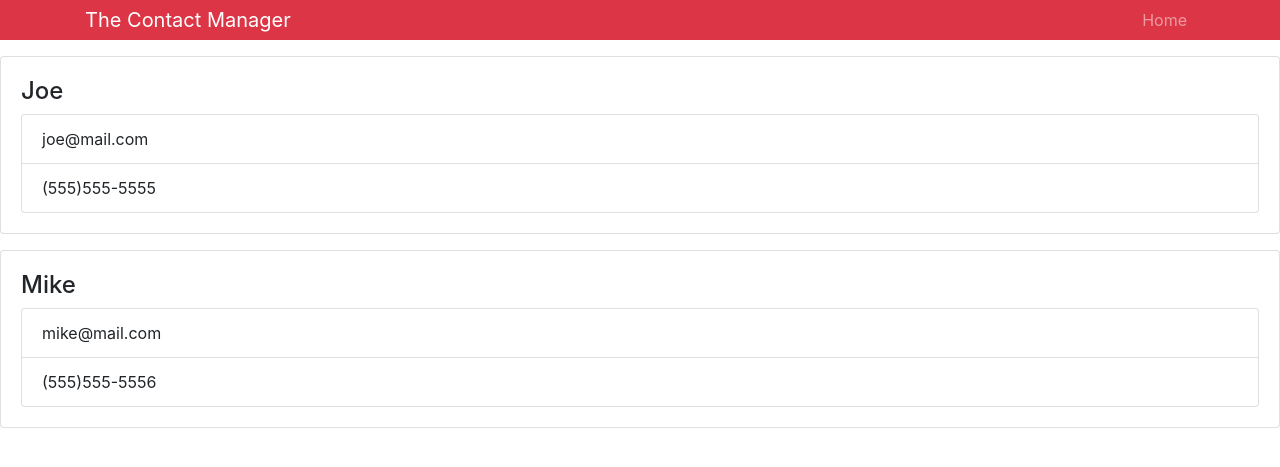
Repository: MikeTroianello/Contact-Manager
Page: /
The author's editor kept a copy of each file at every save. The page is drawn from the files as they stood at one save, then again after the next save.
The browser window is 1280 px wide. The pictures show the whole page.
The project was rebuilt for these pictures with package versions that can differ from the ones it lists, and the page was loaded fresh each time. Also part of the build but not shown: src/App.css.

Above is the page before, as saved 2019-05-19 00:40:41.

### src/App.js
import React from "react";
import Contact from "./components/Contact";
import Header from "./components/Header";

import "bootstrap/dist/css/bootstrap.min.css";
import "./App.css";

function App() {
  return (
    <div className="App">
      <Header branding="The Contact Manager" />
      <Contact name="Joe" email="joe@mail.com" phone="(555)555-5555" />
      <Contact name="Mike" email="mike@mail.com" phone="(555)555-5556" />
    </div>
  );
}

export default App;

### src/components/Contact.js
import React, { Component } from "react";
import PropTypes from "prop-types";

class Contact extends Component {
  render() {
    const { name, email, phone } = this.props;
    return (
      <div className="card card-body mb-3">
        <h4>{name}</h4>
        <ul className="list-group">
          <li className="list-group-item">{email}</li>
          <li className="list-group-item">{phone}</li>
        </ul>
      </div>
    );
  }
}

Contact.propTypes = {
  name: PropTypes.string.isRequired,
  email: PropTypes.string.isRequired,
  phone: PropTypes.string.isRequired
};

export default Contact;

### src/components/Header.js
import React from "react";
import PropTypes from "prop-types";

const Header = props => {
  const { branding } = props;
  return (
    <nav className="navbar navbar-expand-sm navbar-dark bg-danger mb-3 py-0">
      <div className="container">
        <a href="/" className="navbar-brand">
          {branding}
        </a>
        <div>
          <ul className="navbar-nav mr-auto">
            <a href="/" className="nav-link">
              Home
            </a>
          </ul>
        </div>
      </div>
    </nav>
  );
};

Header.defaultProps = {
  branding: "My App"
};

Header.propTypes = {
  branding: PropTypes.string.isRequired
};

export default Header;

Loaded but not shown: src/index.js (common file); src/serviceWorker.js (common file)

After the next save:
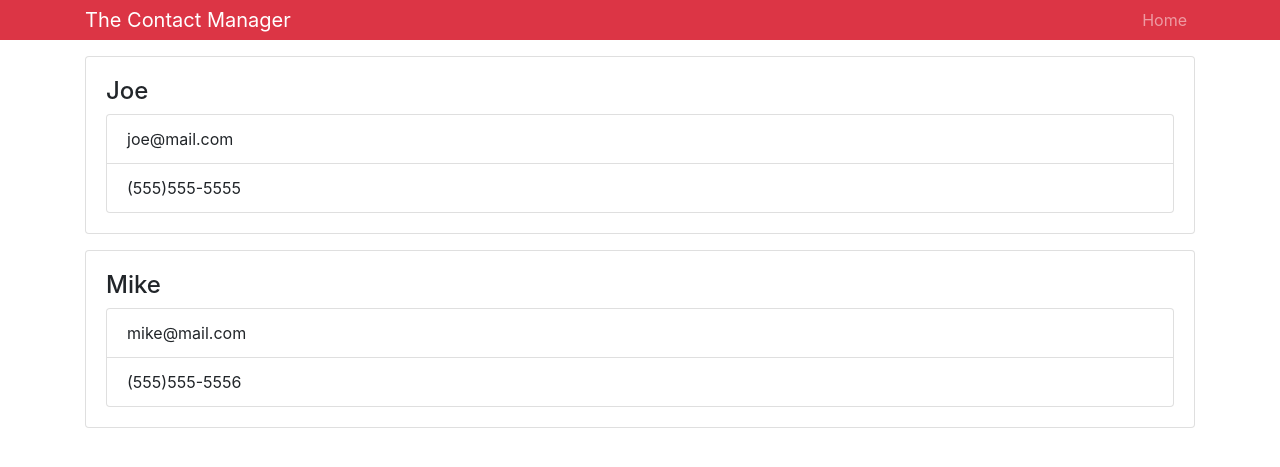
Saved 76 s later.
--- a/src/App.js
+++ b/src/App.js
@@ -9,8 +9,10 @@ function App() {
   return (
     <div className="App">
       <Header branding="The Contact Manager" />
-      <Contact name="Joe" email="joe@mail.com" phone="(555)555-5555" />
-      <Contact name="Mike" email="mike@mail.com" phone="(555)555-5556" />
+      <div className="container">
+        <Contact name="Joe" email="joe@mail.com" phone="(555)555-5555" />
+        <Contact name="Mike" email="mike@mail.com" phone="(555)555-5556" />
+      </div>
     </div>
   );
 }
